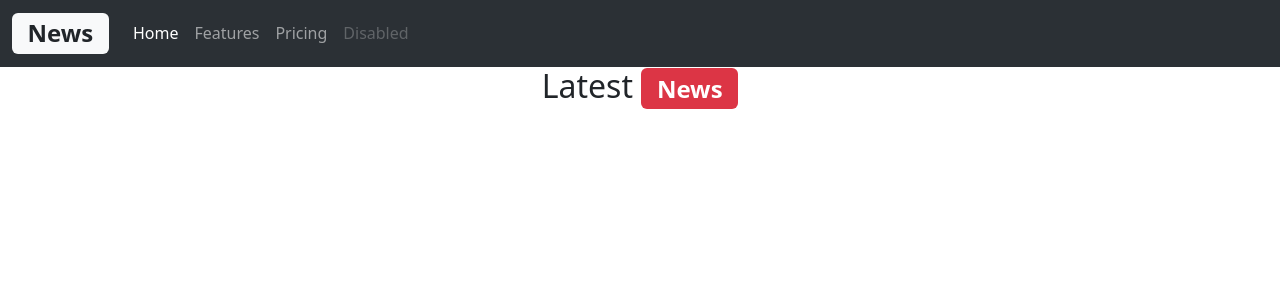
Repository: sshaiv/News_app
Page: /
These files come from the project's save history. The page is drawn as it stood at one moment and after a run of saves; the edit follows.
The browser window is 1280 px wide. The pictures show the whole page.
The page's requests for data from a server got no answer. The project was rebuilt for these pictures with package versions that can differ from the ones it lists, and the page was loaded fresh each time. No one was signed in, and anything a server would have sent is missing. Also part of the build but not shown: vite.config.js, src/index.css.

Above is the page before, as saved 2024-07-14 20:23:56.

### index.html
<!doctype html>
<html lang="en">
  <head>
    <meta charset="UTF-8" />

    <meta name="viewport" content="width=device-width, initial-scale=1.0" />
    <title>News Mag</title>
    <link href="https://cdn.jsdelivr.net/npm/bootstrap@5.3.3/dist/css/bootstrap.min.css" rel="stylesheet" integrity="sha384-QWTKZyjpPEjISv5WaRU9OFeRpok6YctnYmDr5pNlyT2bRjXh0JMhjY6hW+ALEwIH" crossorigin="anonymous">
  </head>
  <body>
    <div id="root"></div>
    <script type="module" src="/src/main.jsx"></script>
    <script src="https://cdn.jsdelivr.net/npm/bootstrap@5.3.3/dist/js/bootstrap.bundle.min.js" integrity="sha384-YvpcrYf0tY3lHB60NNkmXc5s9fDVZLESaAA55NDzOxhy9GkcIdslK1eN7N6jIeHz" crossorigin="anonymous"></script>
  </body>
</html>

### src/App.jsx
// import React from 'react'
import Navbar from "./Components/Navbar"
import NewsBoard from "./Components/NewsBoard"
const App = () => {
  return (
    <div>
    <Navbar/>
    <NewsBoard/>


    </div>
  )
}

export default App

### src/Components/Navbar.jsx


const Navbar = () => {
  return (
    <div>
      <nav className="navbar navbar-expand-lg bg-body-tertiary" data-bs-theme="dark">
  <div className="container-fluid">
    <a className="navbar-brand" href="#"> <span className="badge bg-light  text-dark fs-4">News</span> </a>
    <button className="navbar-toggler" type="button" data-bs-toggle="collapse" data-bs-target="#navbarNav" aria-controls="navbarNav" aria-expanded="false" aria-label="Toggle navigation">
      <span className="navbar-toggler-icon"></span>
    </button>
    <div className="collapse navbar-collapse" id="navbarNav">
      <ul className="navbar-nav">
        <li className="nav-item">
          <a className="nav-link active" aria-current="page" href="#">Home</a>
        </li>
        <li className="nav-item">
          <a className="nav-link" href="#">Features</a>
        </li>
        <li className="nav-item">
          <a className="nav-link" href="#">Pricing</a>
        </li>
        <li className="nav-item">
          <a className="nav-link disabled" aria-disabled="true">Disabled</a>
        </li>
      </ul>
    </div>
  </div>
</nav>
    </div>
  )
}

export default Navbar

### src/Components/NewsBoard.jsx
import { useEffect } from "react";
import { useState } from "react"

const NewsBoard = () => {

    const [articles,setArticles]=useState([]);

useEffect(()=>{
    let url = `https://newsapi.org/v2/top-headlines?country=us&category=business&apiKey=${import.meta.env.VITE_API_KEY}`;
    fetch(url).then(response=>response.json()).then(data=>setArticles(data.articles));
},[])

  return (
    <div>
      <h2 className="text-center">Latest <span className="badge bg-danger">News</span> </h2>
    {}
    </div>
  )
}

export default NewsBoard

Loaded but not shown: src/main.jsx (common file)

After the next 2 saves:
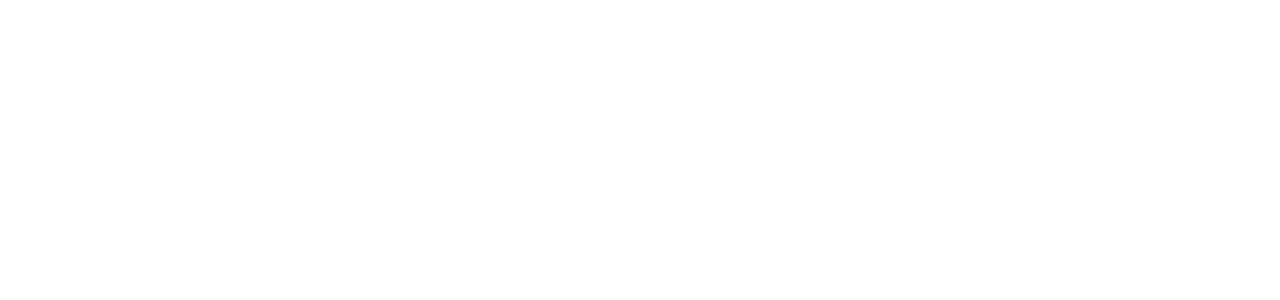
Console error: TypeError: undefined is not a function
The 2 saves are shown as one change because they came seconds apart.
The last was saved 6 s later.
--- a/src/Components/NewsBoard.jsx
+++ b/src/Components/NewsBoard.jsx
@@ -13,7 +13,7 @@
   return (
     <div>
       <h2 className="text-center">Latest <span className="badge bg-danger">News</span> </h2>
-    {}
+    {articles.map()}
     </div>
   )
 }

After the 2 saves that followed:
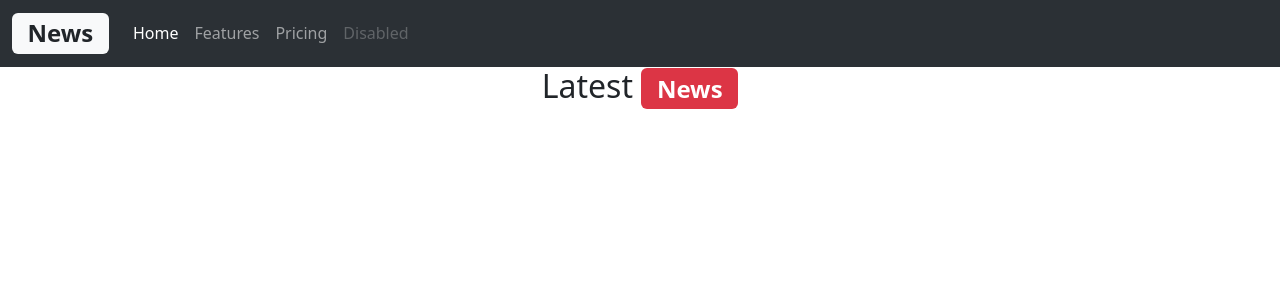
The error is gone.
The 2 saves are shown as one change because they came seconds apart.
The last was saved 12 s later.
--- a/src/Components/NewsBoard.jsx
+++ b/src/Components/NewsBoard.jsx
@@ -13,7 +13,7 @@
   return (
     <div>
       <h2 className="text-center">Latest <span className="badge bg-danger">News</span> </h2>
-    {articles.map()}
+    {articles.map(()=>{})}
     </div>
   )
 }
